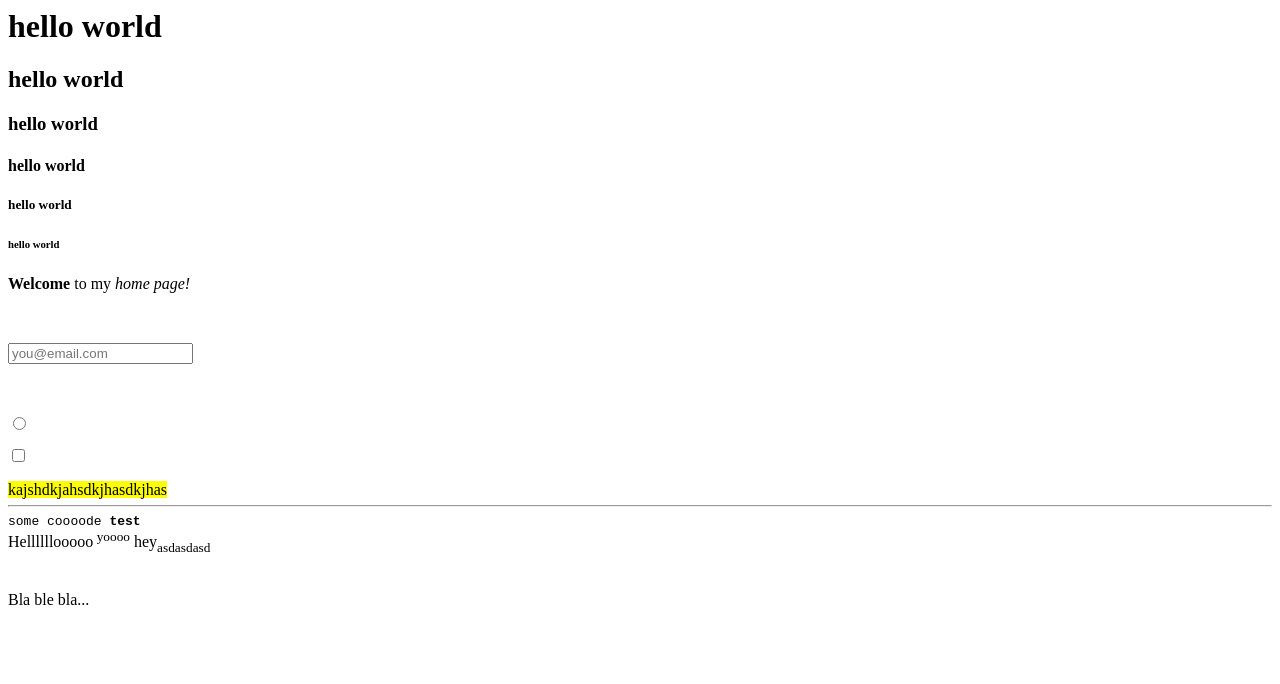
Repository: maltskan/maltskan.github.io
Page: index.html
The author's editor kept a record of every edit. The page is drawn from the files as they stood at one moment, then again after the next edit.
The browser window is 1280 px wide. The pictures show the whole page.

Above is the page before.

After the next edit:
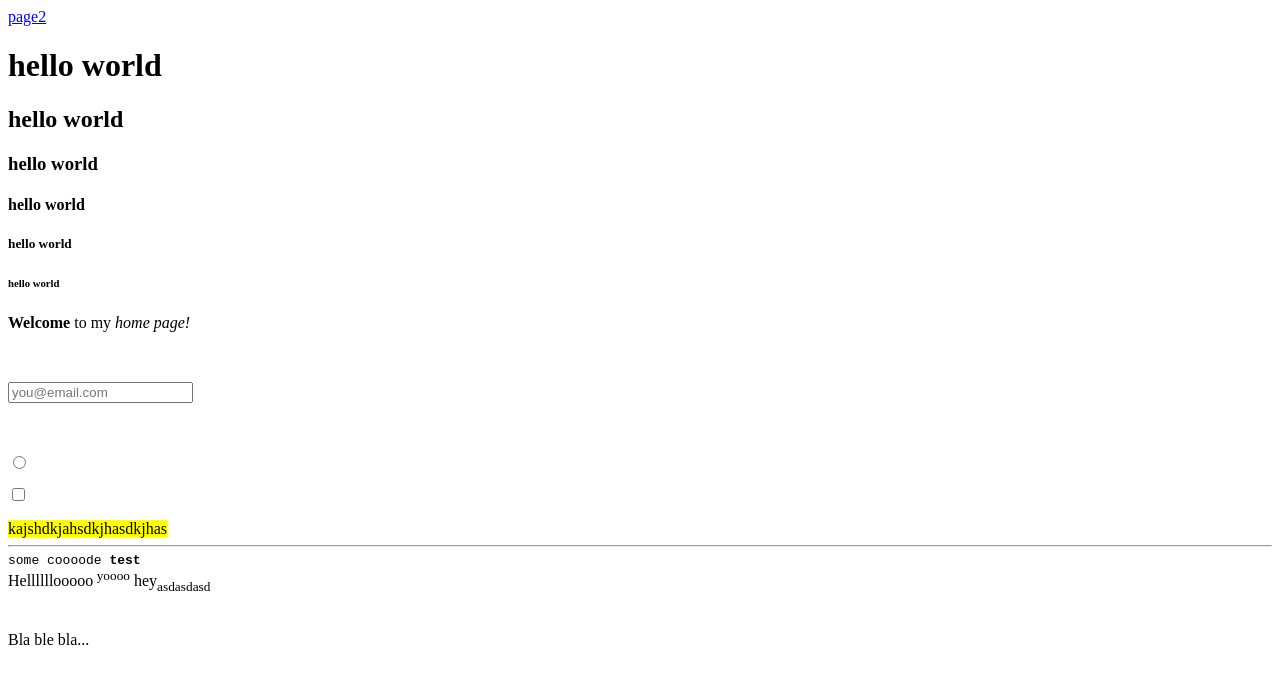
The edit:
--- a/index.html
+++ b/index.html
@@ -5,7 +5,7 @@
         </head>
 
         <body>
-
+           <a href="firstproject/page2.html">page2</a>
 
             <h1>hello world</h1>
             <h2>hello world</h2>
